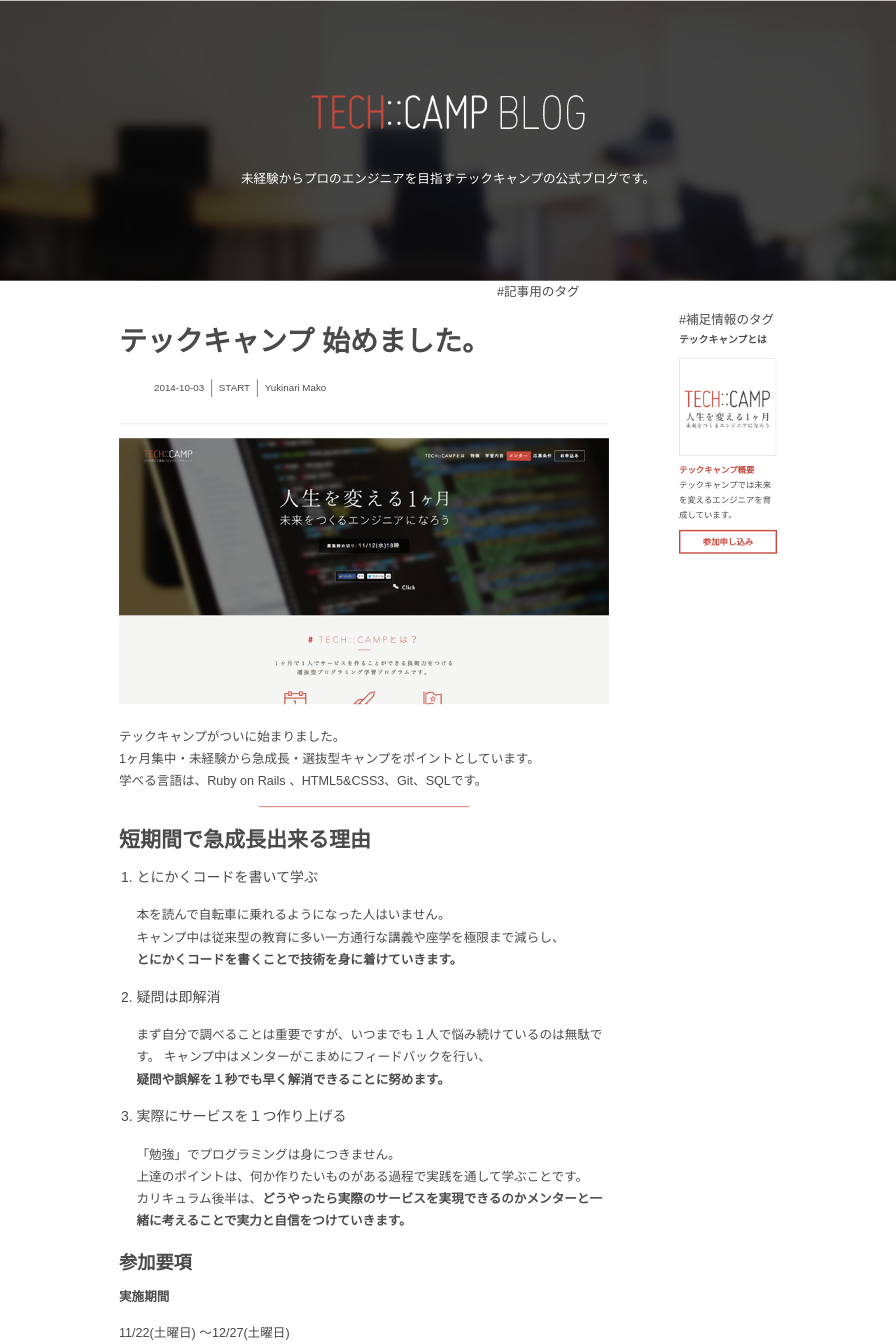
Repository: Kame0012/git_nekotter
Page: techcamp_htmlcss/techcamp_blog/index.html
The author's editor kept a record of every edit. The page is drawn from the files as they stood at one moment, then again after the next edit.
The browser window is 1280 px wide. The pictures show the part of the page from y = 0 to 1920 px (the page is 2604 px tall before and 2636 px after), at 70% of full size.

Above is the page before.

### techcamp_htmlcss/techcamp_blog/index.html
<!DOCTYPE HTML>
<html>
  <head>
    <meta charset="UTF-8">
    <title>テックキャンプ BLOG</title>
    <link rel="stylesheet" href="style.css">
  </head>

  <body>
    <header id="mainHeader">
      <h1><img src="images/logo.png" alt="テックキャンプ BLOG"></h1>
      <p>未経験からプロのエンジニアを目指すテックキャンプの公式ブログです。</p>
    </header>

    <div class="contents clearfix">
      <div class="left_content">
        <article>　　　　　　　　　　　　　　　　　　　　　　　　　　　　　　#記事用のタグ
          <header>
            <h2>テックキャンプ 始めました。</h2>
            <ul class="meta clearfix">
              <li>2014-10-03</li>
              <li>START</li>
              <li class="meta_last_child">Yukinari Mako</li>
            </ul>
          </header>
          <img src="images/blog_archive_image.png" alt="テックキャンプ ウェブサイト">
          <p>テックキャンプがついに始まりました。<br>1ヶ月集中・未経験から急成長・選抜型キャンプをポイントとしています。<br>
          学べる言語は、Ruby on Rails 、HTML5&CSS3、Git、SQLです。</p>
          <hr>
          <h3>短期間で急成長出来る理由</h3>
          <ol>
            <li>とにかくコードを書いて学ぶ
              <p>本を読んで自転車に乗れるようになった人はいません。<br>
                キャンプ中は従来型の教育に多い一方通行な講義や座学を極限まで減らし、<br>
                <span class="bold">とにかくコードを書くことで技術を身に着けていきます。</span>
              </p>
            </li>
            <li>疑問は即解消
              <p>まず自分で調べることは重要ですが、いつまでも１人で悩み続けているのは無駄です。
              キャンプ中はメンターがこまめにフィードバックを行い、<br>
              <span class="bold">疑問や誤解を１秒でも早く解消できることに努めます。</span>
              </p>
            </li>
            <li>実際にサービスを１つ作り上げる
              <p>「勉強」でプログラミングは身につきません。<br>
                  上達のポイントは、何か作りたいものがある過程で実践を通して学ぶことです。<br>
                  カリキュラム後半は、<span class="bold">どうやったら実際のサービスを実現できるのかメンターと一緒に考えることで実力と自信をつけていきます。</span>
              </p>
            </li>
          </ol>

        <h4>参加要項</h4>
        <h5>実施期間</h5>
        <p>11/22(土曜日) 〜12/27(土曜日)</p>
        <h5>参加条件</h5>

        <ol>
          <li><span class="underline">学習時間を確保できること</span>
            <ul>
              <li>キャンプ中、平日3時間以上、土日祝日6時間以上の学習時間を確保できる方</li>
              <li>週3回以上渋谷のオフィスに来られる方</li>
              <li>※毎週土曜日は進捗共有会を開催いたしますので原則ご参加ください（9時半〜18時）</li>
            </ul>
          </li>
          <li><span class="underline">Mac(PC)を持参できる方</span>
            <ul>
              <li>開発には必ず必要のためご自身で購入をお願いします</li>
              <li>Windows(PC)ではご参加頂けません</li>
            </ul>
          </li>
          <li><span class="underline">キャンプ終了後も継続的に学習を続け、エンジニアとして活躍していく意志のある方</span></li>
        </ol>

        <a href="http://tech-camp.in" class="underline">詳しくはこちら https://tech-camp.in/</a>

        </article>

        <ul class="pagenation clearfix">
          <li class="prev"><a href="#">< PREV</a></li>
          <li class="next"><a href="#">NEXT ></a></li>
        </ul>
      </div>

      <div class="right_content">
        <aside>                                                              #補足情報のタグ
          <h2>テックキャンプとは</h2>
          <img src="images/tech-camp.png" alt="">
          <p>
            <strong>テックキャンプ概要</strong><br>
            テックキャンプでは未来を変えるエンジニアを育成しています。
            <a href="http://tech-camp.in">参加申し込み</a>
          </p>
        </aside>
      </div>
    </div>

    <footer id="mainFooter" class="clearfix">
      <p>C 2014 we-b inc.</p>
    </footer>

  </body>
</html>

### techcamp_htmlcss/techcamp_blog/style.css
body, html {
   height: 100%;
   background-color: white;
 }

 h1, h2, h3, h4, h5, h6, p, body {
   line-height: 1.77;
   font-size: 18px;
   color: #4a4a4a;
   font-family: sans-serif;
   margin: 0;
   padding: 0;
 }

 ol{
   margin: 0;
   padding-left: 25px;
 }

 .contents {
   width: 940px;
   /* 上下は余白なし。左右は均一 */
   margin: 0 auto;
 }

 .left_content {
   width: 700px;
   /* 並列に並べる。左寄せ */
   float: left;
   margin: 40px 0 0 0;
 }

 .right_content {
   width: 140px;
  　/* 並列に並べる。右寄せ */
   float: right;
 }

/* floatプロパティを使用した際に起こるレイアウトの崩れを修正するためのクラス　*/
 .clearfix:after {
   content: "";
   clear: both;
   display: block;
 }

 .bold {
   font-weight: bold;
 }

 .underline {
   text-decoration: underline;
 }


 #mainHeader {
   /* 背景画像など　*/
   background: url(images/bg_header.png) no-repeat center center;
   padding: 130px 0;
   text-align: center;
 }

 #mainHeader p {
   margin: 30px 0 0 0;
   color: #fff;
   font-family: serif;
 }

 a {
   text-decoration: none;
   color: #ca493c;
 }

 h1 {
   font-size: 45px;
 }

 h2 {
   font-size: 40px;
 }

 h3 {
   font-size: 33px;
 }

 h4 {
   font-size: 27px;
 }

.contents .left_content article {
   border-bottom: 1px solid #bebebe;
   padding-bottom: 30px;
 }

 .contents .left_content header {
   padding: 0 0 20px;
   border-bottom: 1px solid #e3e3e3;
   margin-bottom: 20px;
 }

 .contents .left_content h2 {
   padding-top: 20px;
 }

 .contents .left_content p {
   margin: 20px 0;
 }

 .contents .left_content {
   margin: 0;
   padding: 0;
   list-style: none;
 }

 .contents .left_content .meta li {
   padding: 0 10px;
   margin: 0;
   float: left;
   list-style: none;
   font-size: 14px;
   color: #4c4c4c;
   border-right: 1px solid #4c4c4c;
 }

 .contents .left_content li.meta_last_child {
   border-right: none;
 }

 .contents .left_content h3, .contents .left_content h4 {
   margin-bottom: 10px;
 }

 .contents .left_content h3 {
   font-size: 30px;
 }

 .contents .left_content h4 {
   font-size: 26px;
 }

 .contents .left_content hr {
   width: 300px;
   margin: 20px auto;
   border: 0;
   border-top: 1px solid #ca493c;
 }

 .contents .left_content ol {
   margin-top: 0px;
   font-size: 20px;
 }

 .contents .pagenation {
   padding: 10px 0;
   font-size: 12px;
 }

 .contents .pagenation li {
   border: 1px solid #e3e3e3;
   list-style: none;
 }

 .contents .pagenation li a {
   display: block;
   padding: 5px 10px;
 }

 .contents .pagenation li a:hover {
   background-color: #f7f7f6;
 }

 .contents .pagenation li.prev {
   float: left;
 }

 .contents .pagenation li.next {
   float: right;
 }

 .right_content {
   margin-top: 40px;
   width: 140px;
   float: right;
 }

 .right_content h2 {
   font-size: 14px;
   margin: 0 0 14px 0;
 }

 .right_content p {
   font-size: 12px;
 }

 .right_content p strong {
   color: #ca493c;
 }

 .right_content p a {
   border: 2px solid #ca493c;
   line-height: 30px;
   /* 中央寄せしたいインライン要素の親要素に入れる */
   text-align: center;
   display: block;
   font-weight: bold;
   margin-top: 10px;
 }

 #mainFooter {
   padding-top: 40px;
 }

 #mainFooter p {
   border-top: 1px solid #e3e3e3;
   text-align: center;
   padding: 20px 0;
   font-size: 12px;
 }
このカリキュラムの理解度を教えてください
ボタンを押していただくと次へ進めます

After the next edit:
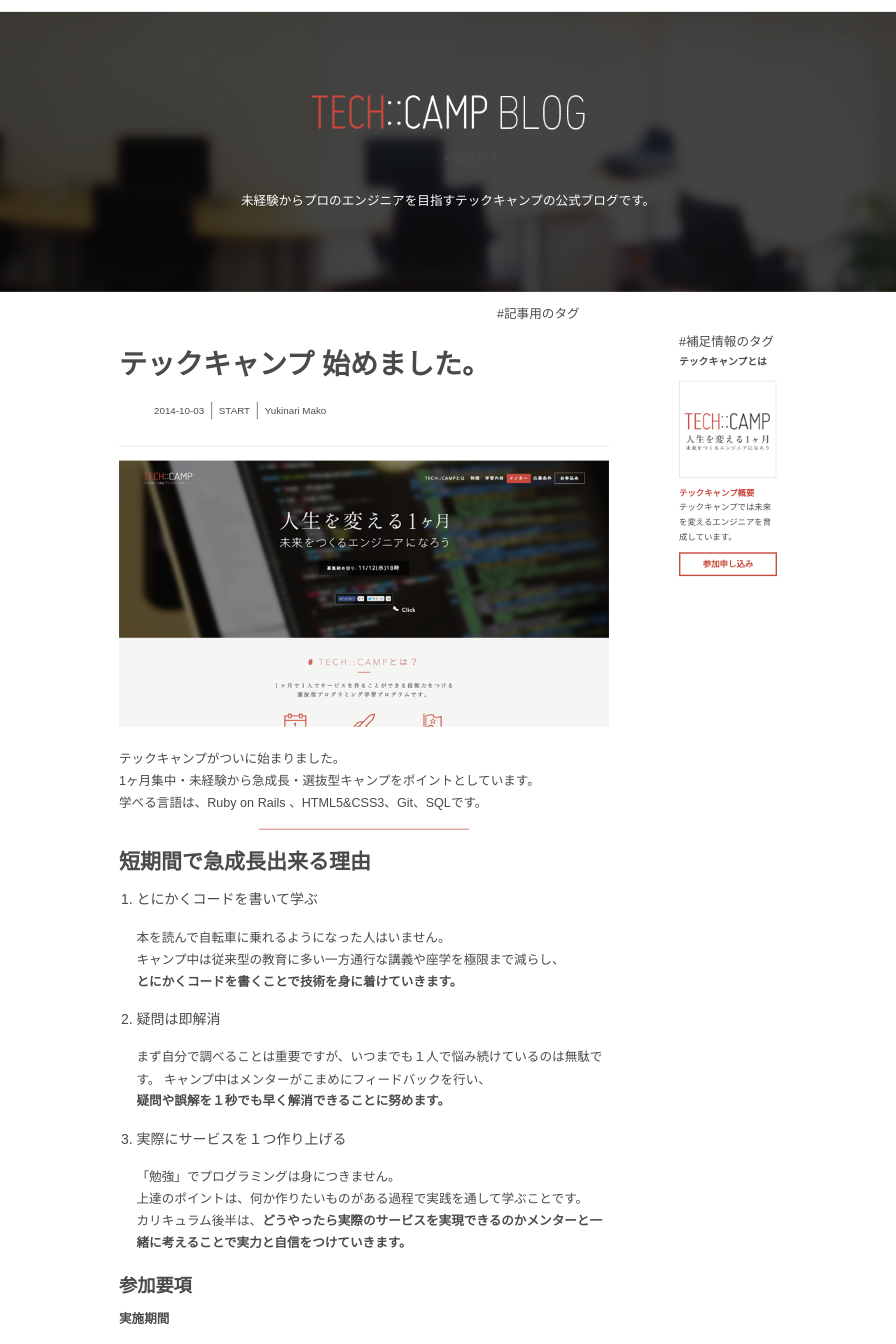
The edit:
--- a/techcamp_htmlcss/techcamp_blog/index.html
+++ b/techcamp_htmlcss/techcamp_blog/index.html
@@ -8,7 +8,7 @@
 
   <body>
     <header id="mainHeader">
-      <h1><img src="images/logo.png" alt="テックキャンプ BLOG"></h1>
+      <h1><img src="images/logo.png" alt="テックキャンプ BLOG"></h1>　　　　#画像挿入
       <p>未経験からプロのエンジニアを目指すテックキャンプの公式ブログです。</p>
     </header>
 
